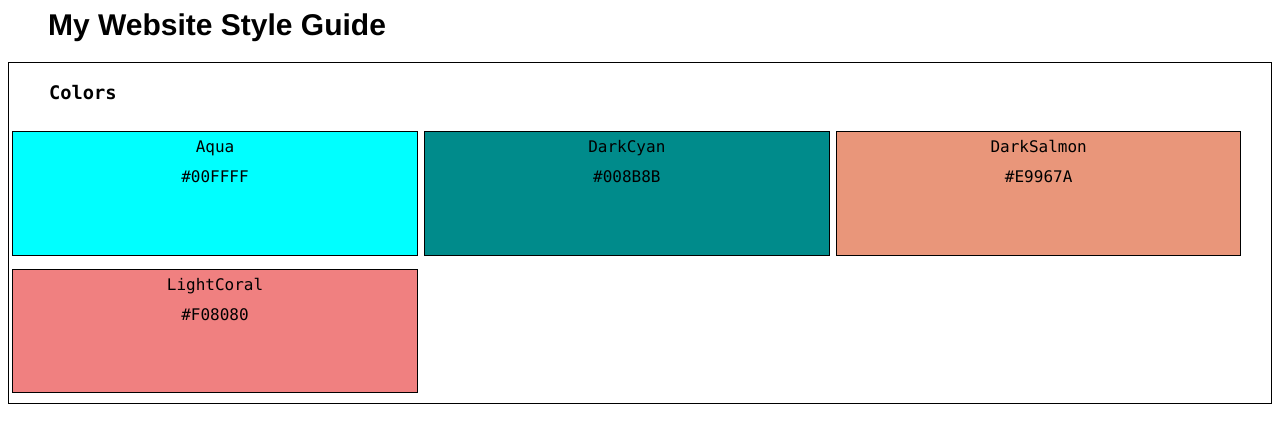
Repository: lastbronx41/web_style_teaching_aid
Page: index.html
These files come from the project's save history. The page is drawn as it stood at one moment and after the next save; the edit follows.
The browser window is 1280 px wide. The pictures show the whole page.

Above is the page before, as saved 2022-06-29 03:01:49.

### index.html
<html>
   <header>
      <title>Web-style-Guide</title>
      <link href="./styles.css" rel="stylesheet">
      <h1>My Website Style Guide</h1>
   </header>
   <body>
      <div class="color">
         <h3 class="title">Colors</h3>
         <div class="Aqua">Aqua <span id="serial">#00FFFF</span></div>
         <div class="DarkCyan">DarkCyan <span id="serial">#008B8B</span></div>
         <div class="DarkSalmon">DarkSalmon <span id="serial">#E9967A</span></div>
         <div class="LightCoral">LightCoral <span id="serial">#F08080</span></div>
      </div>









   </body>
</html>

### styles.css
* {
   box-sizing: content-box;
}

h1 {
   font-family: Helvetica, "Sans Serif";
   font-size: 30px;
   text-align: left;
   padding-left: 40px;
}

.color {
   color: rgb(0, 0, 0);
   font-family: Monaco;
   height: 340px;
   width: auto;
   border: 1px solid black;
   margin: 0px;
   padding: 0 auto;

}

.color div {
   display: inline-block;
   vertical-align: middle;
   height: 122.5px;
   width: 32%;
   margin: 3px;
   padding-top: 0px;
   text-align: center;
   line-height: 30px;
   border: 1px solid rgb(0, 0, 0);
   overflow-wrap: normal;
}
#serial {
   display: block;
}

.Aqua {
   background-color: aqua;
}
.DarkCyan {
   background-color: DarkCyan
}
.DarkSalmon {
   background-color: DarkSalmon
}
.LightCoral {
   background-color: LightCoral
}

.color h3 {
   padding-left: 40px;
   width: 100%;
   text-align: left;
}

.color {
   display: flex;
   flex-wrap: wrap;
}

After the next save:
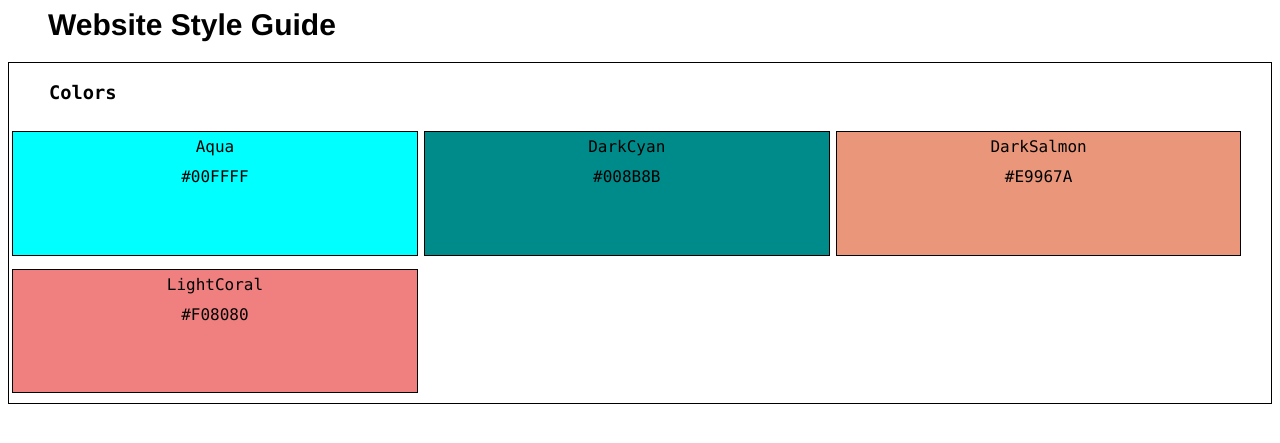
Saved 147 days later.
--- a/index.html
+++ b/index.html
@@ -2,7 +2,7 @@
    <header>
       <title>Web-style-Guide</title>
       <link href="./styles.css" rel="stylesheet">
-      <h1>My Website Style Guide</h1>
+      <h1>Website Style Guide</h1>
    </header>
    <body>
       <div class="color">
